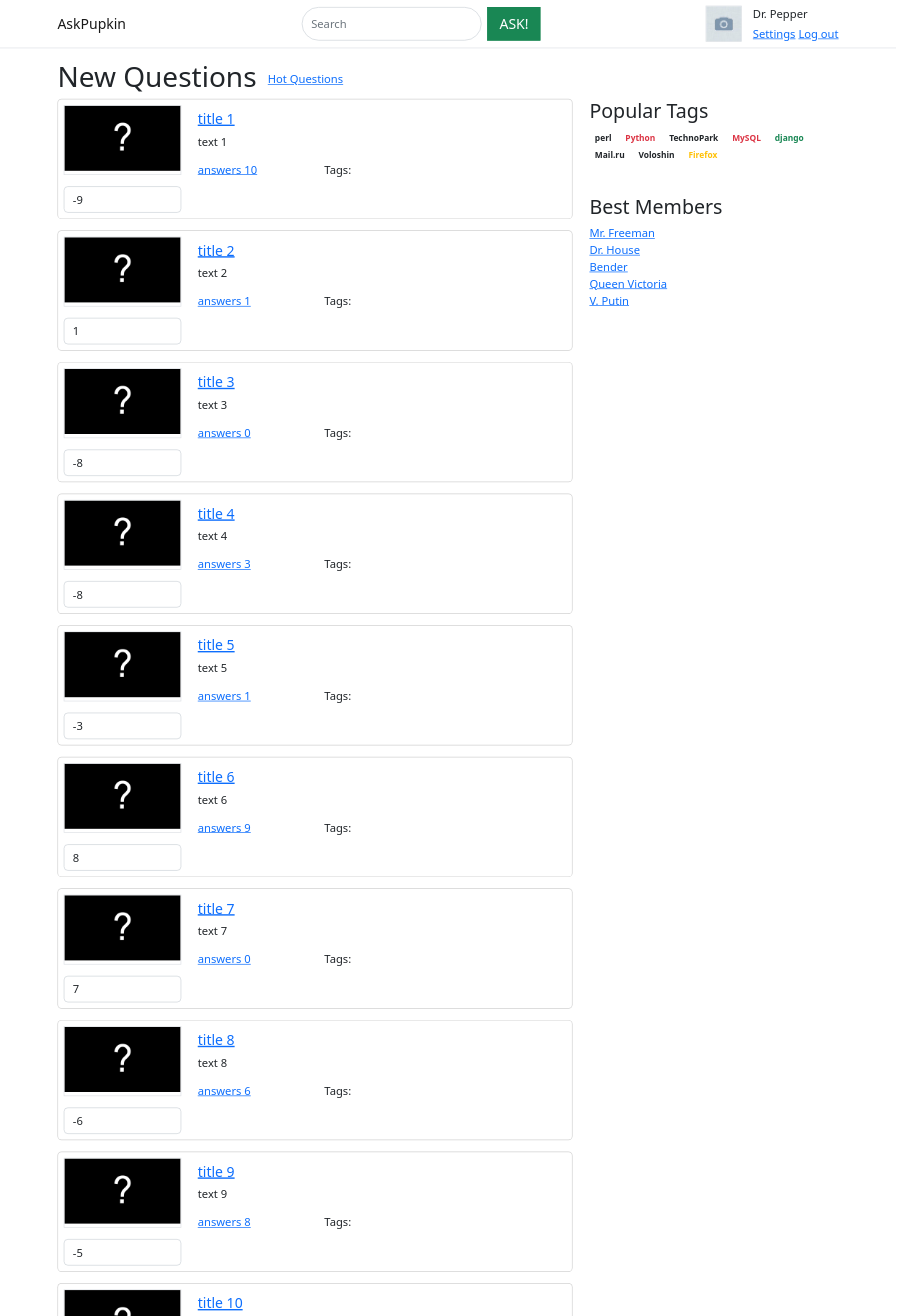
Repository: MiniDan21/askme_molchanov_django
Page: http://localhost/
An editor plug-in stored every save of this project. The page is shown before and after the next save, followed by the edit.
The browser window is 1280 px wide. The page is 1280 px wide, then 1288 px, so the pictures cover 1288 px, including what lies to the right of the window. The pictures show the part of the page from y = 0 to 1880 px (the page is 5703 px tall before and 7997 px after), at 70% of full size.
The page is served by the project's application, run on Django 5.2 (manage.py).

Above is the page before, as saved 2024-04-09 00:54:15.

After the next save:
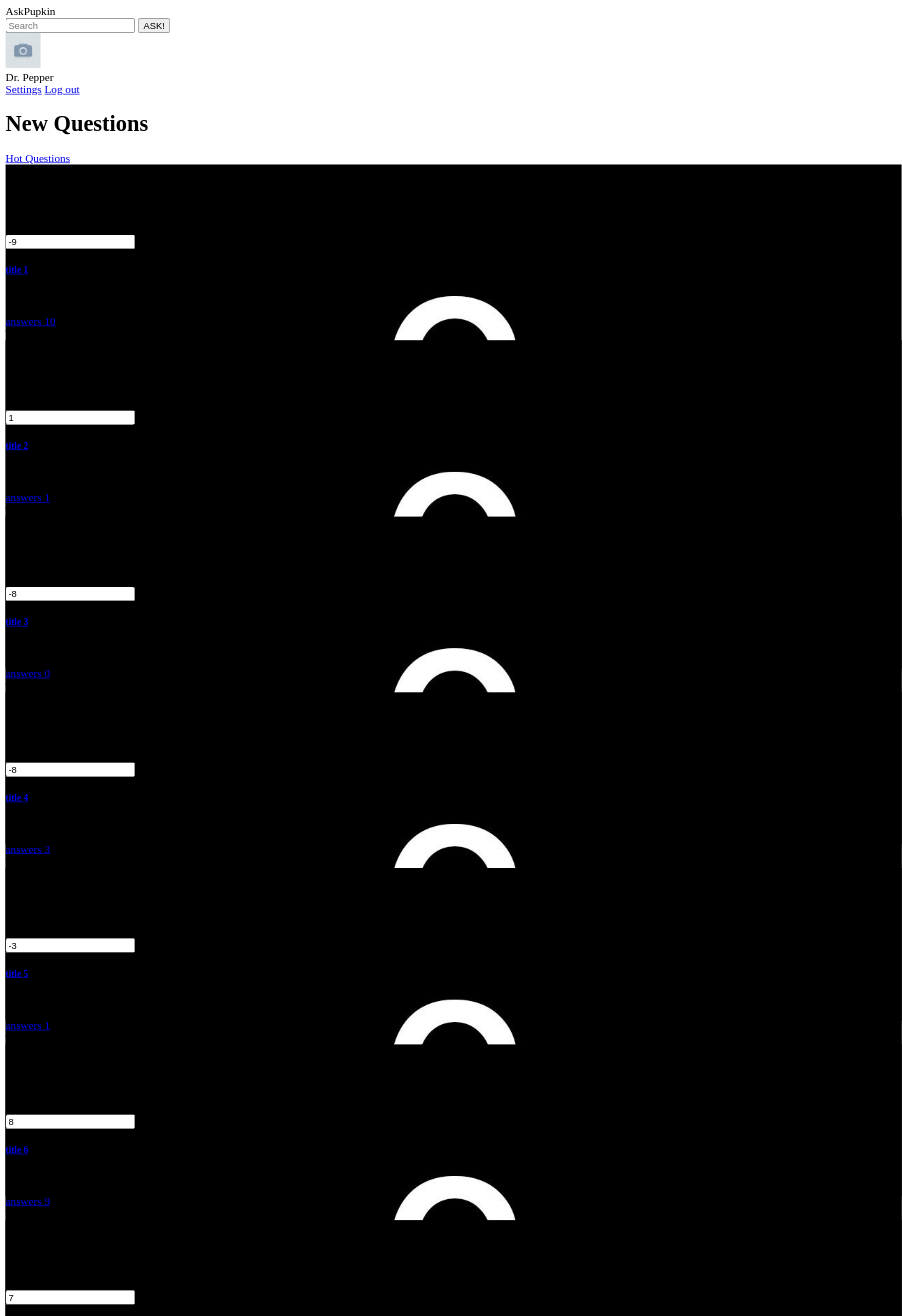
Saved 44 s later.
--- a/templates/index.html
+++ b/templates/index.html
@@ -7,14 +7,7 @@
       content="width=device-width, initial-scale=1"
     />
     <title>ask-pipkin.com</title>
-    <link
-      rel="stylesheet"
-      href="../static/css/bootstrap.css"
-    />
-    <link
-      rel="stylesheet"
-      href="../static/css/custom.css"
-    />
+    {% load static %}
   </head>
   <body>
     <nav class="navbar bg-body-tertiary border-bottom">
